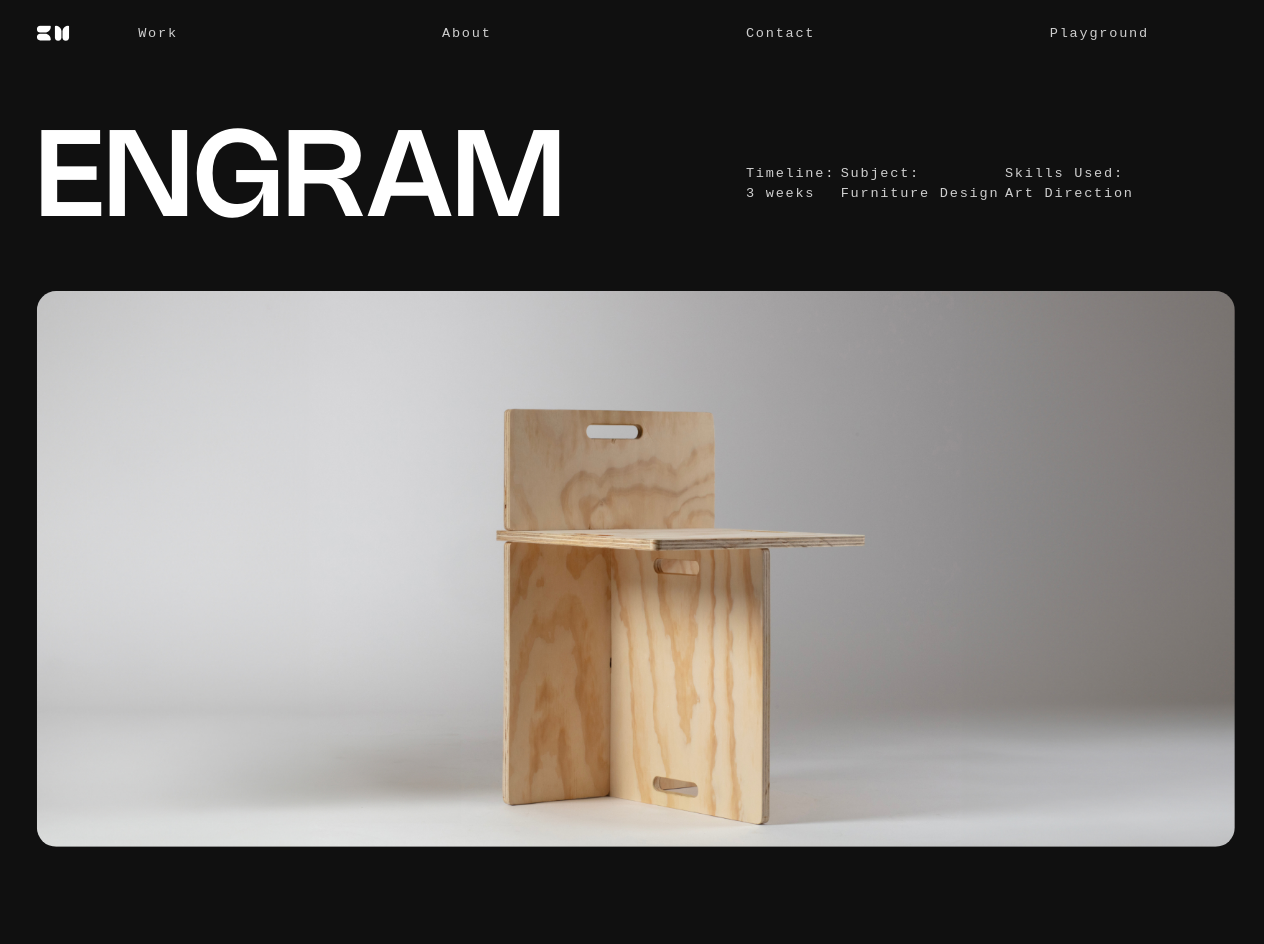
Repository: theethanwright/ethan_wright_portfolio
Page: work/work.html
An editor plug-in stored every save of this project. The page is shown before and after the next save, followed by the edit.
The browser window is 1280 px wide. The page is 1303 px wide, so the pictures cover 1303 px, including what lies to the right of the window. The pictures show the whole page, at 97% of full size.

Above is the page before, as saved 2023-12-25 22:16:45.

After the next save:
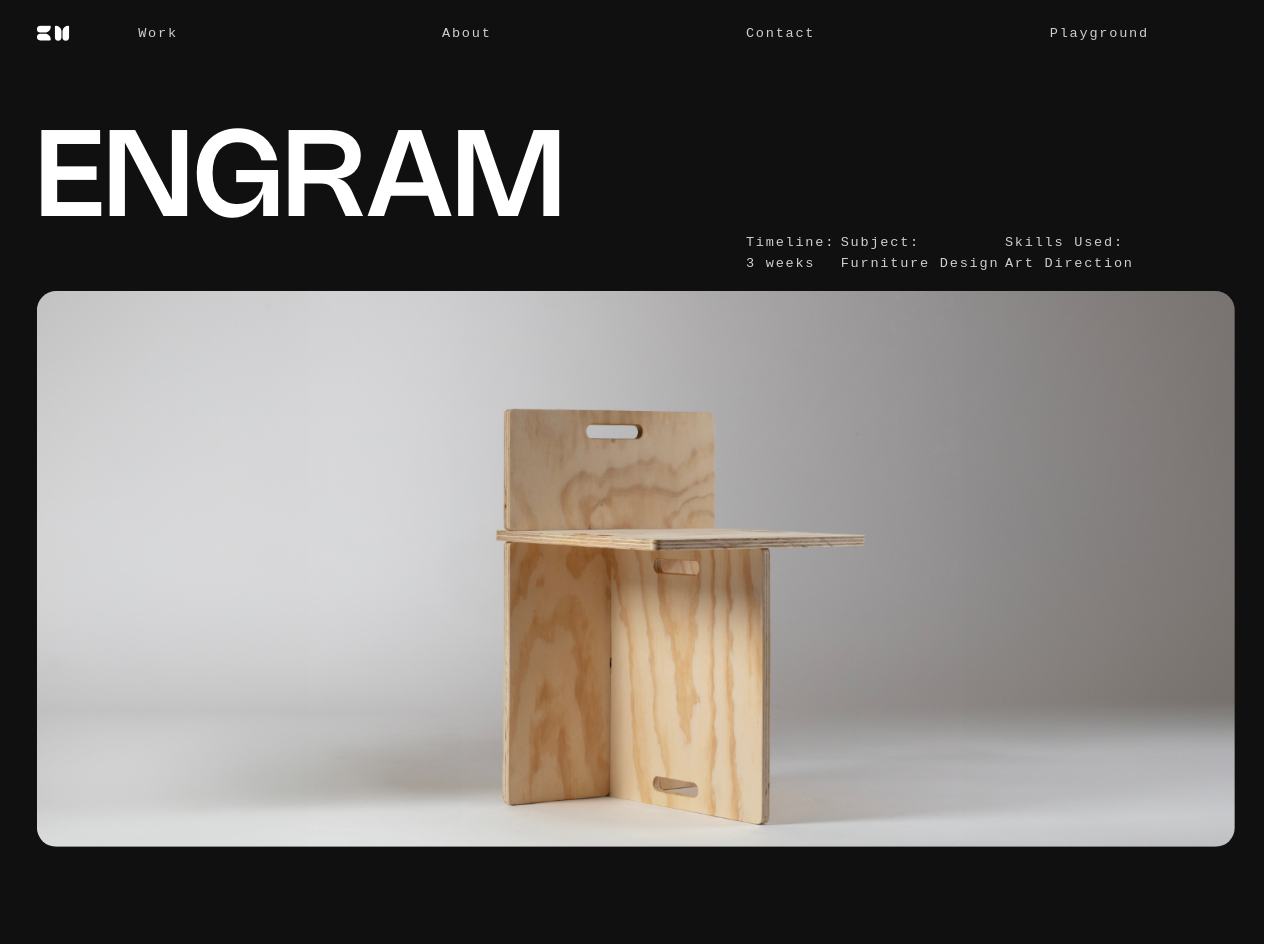
Saved 34 s later.
--- a/work/layouts.css
+++ b/work/layouts.css
@@ -74,7 +74,7 @@
       .wrapper-project .project-info {
         grid-column: 8 / span 4;
         justify-self: stretch;
-        align-self: center;
+        align-self: end;
 
         display: flex;
         justify-content: space-between;
